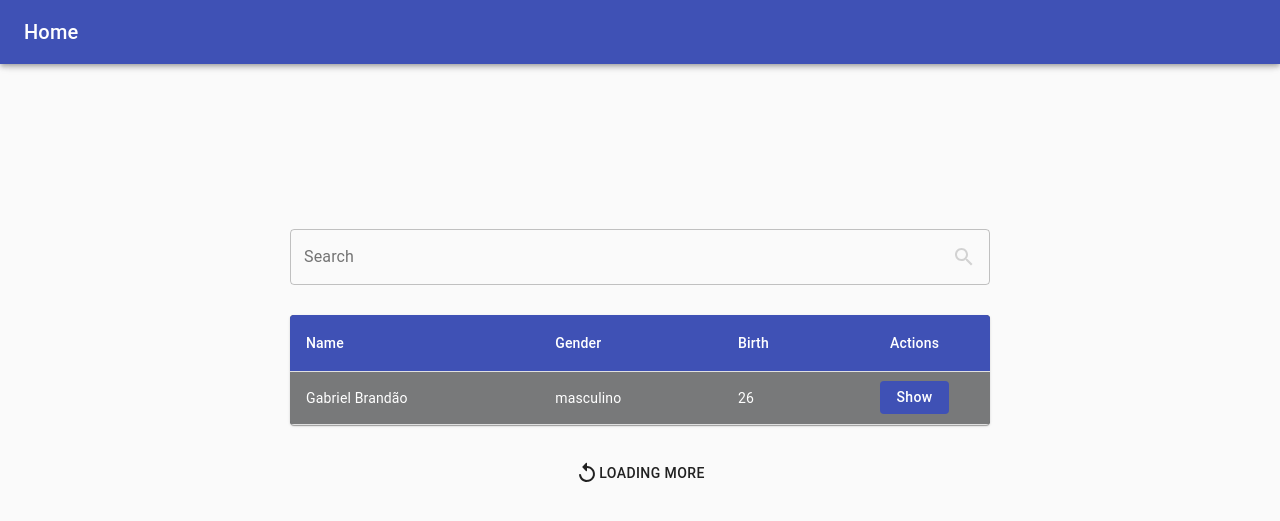
Repository: GabrielBrandaoProjetos/patient-manager
Page: /
These files come from the project's save history. The page is drawn as it stood at one moment and after the next save; the edit follows.
The browser window is 1280 px wide. The pictures show the whole page.
The project was rebuilt for these pictures with package versions that can differ from the ones it lists, and the page was loaded fresh each time.

Above is the page before, as saved 2021-09-14 15:19:42.

### public/index.html
<!DOCTYPE html>
<html lang="en">
  <head>
    <meta charset="utf-8" />
    <meta name="viewport" content="minimum-scale=1, width=device-width, initial-scale=1" />
    <meta name="theme-color" content="#000000" />

    <title>React App</title>
  </head>
  <body>
    <noscript>You need to enable JavaScript to run this app.</noscript>
    <div id="root"></div>
  </body>
</html>

### src/App.tsx
import React from 'react';
import { CssBaseline } from '@material-ui/core';
import { Home } from './pages/Home/Home';


function App() {
  return (
    <>
    <CssBaseline />
    <Home />
    </>
  );
}

export default App;

### src/pages/Home/Home.tsx
import React from 'react';
import { AppBar, Button, FormControl, InputAdornment, InputLabel, OutlinedInput, Paper, Table, TableBody, TableCell, TableContainer, TableHead, TableRow, Toolbar, Typography } from '@material-ui/core';
import {Search, ReplayRounded} from '@material-ui/icons';
import { createStyles, makeStyles, Theme } from '@material-ui/core/styles';

const useStyles = makeStyles((theme: Theme) =>
  createStyles({
    root: {
      width: '100vw',
      height: '100vh',
      display: 'flex',
      flexDirection: 'column',
      alignItems: 'center',
      justifyContent: 'center',
    },
    title: {
      flexGrow: 1,
    },
    form: {
      maxWidth: 700,
      width: "100%",
    },
    outlinedInput: {

    },
    search: {
      color: "#d2d2d2",
    },
    tableContainer: {
      maxWidth: 700,
      width: "100%",

      margin: "30px 0",
      backgroundColor: "#4f5052",
    },
    table: {

    },
    row: {
      color: "white",
      background: "#3f51b5"
    },
    rowBody: {
      '&:nth-of-type(odd)': {
        backgroundColor: "#78797a",
      }
    },
    cell: {
      color: "white",
    },
    actions: {
      padding: 0
    },
    buttonShow: {
      padding: "4px 16px",
      textTransform: "none"
    },
    buttonLoading: {

    },
  }),
);

export const Home = () => {
  const classes = useStyles();
  return(
    <div className={classes.root}>
      <AppBar>
        <Toolbar>
          <Typography variant="h6" className={classes.title}>
            Home
          </Typography>
        </Toolbar>
      </AppBar>

      <FormControl className={classes.form} variant="outlined">
        <InputLabel htmlFor="outlined-adornment-search">Search</InputLabel>
        <OutlinedInput
          classes={{root: classes.outlinedInput}}
          id="outlined-adornment-search"
          type="search"
          // value={values.password}
          // onChange={handleChange('password')}
          endAdornment={
            <InputAdornment position="end">
              <Search className={classes.search}/>
            </InputAdornment>
          }
          labelWidth={70}
        />
      </FormControl>

      <TableContainer component={Paper} className={classes.tableContainer}>
        <Table className={classes.table} aria-label="simple table">
          <TableHead>
            <TableRow className={classes.row}>
              <TableCell className={classes.cell}>Name</TableCell>
              <TableCell className={classes.cell}>Gender</TableCell>
              <TableCell className={classes.cell}>Birth</TableCell>
              <TableCell align="center" className={classes.cell}>Actions</TableCell>
            </TableRow>
          </TableHead>

          <TableBody>
            <TableRow className={classes.rowBody}>
              <TableCell component="th" className={classes.cell}>Gabriel Brandão</TableCell>
              <TableCell className={classes.cell}>masculino</TableCell>
              <TableCell className={classes.cell}>26</TableCell>
              <TableCell align="center" className={classes.actions}>
                <Button variant="contained" color="primary" disableElevation className={classes.buttonShow}>Show</Button>
              </TableCell>
            </TableRow>

          </TableBody>
        </Table>
      </TableContainer>
      <Button >
        <ReplayRounded/>
        Loading more
      </Button>
    </div>
  )
}

Loaded but not shown: src/index.tsx (common file); src/reportWebVitals.ts (common file)

After the next save:
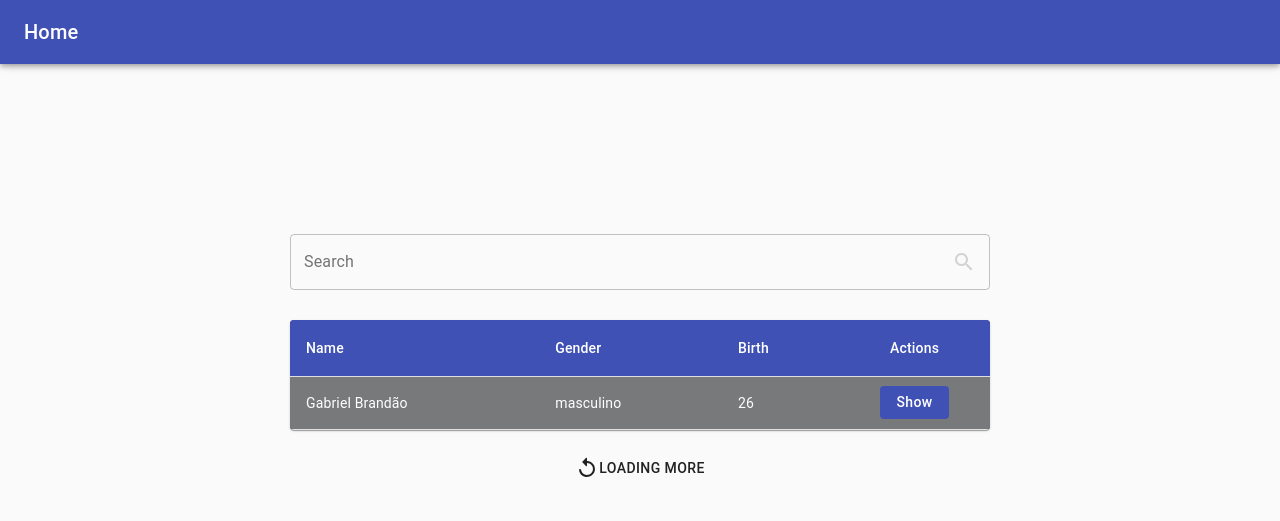
Saved 47 s later.
--- a/src/pages/Home/Home.tsx
+++ b/src/pages/Home/Home.tsx
@@ -30,7 +30,8 @@ const useStyles = makeStyles((theme: Theme) =>
       maxWidth: 700,
       width: "100%",
 
-      margin: "30px 0",
+      marginTop: 30,
+      marginBottom: 20,
       backgroundColor: "#4f5052",
     },
     table: {
